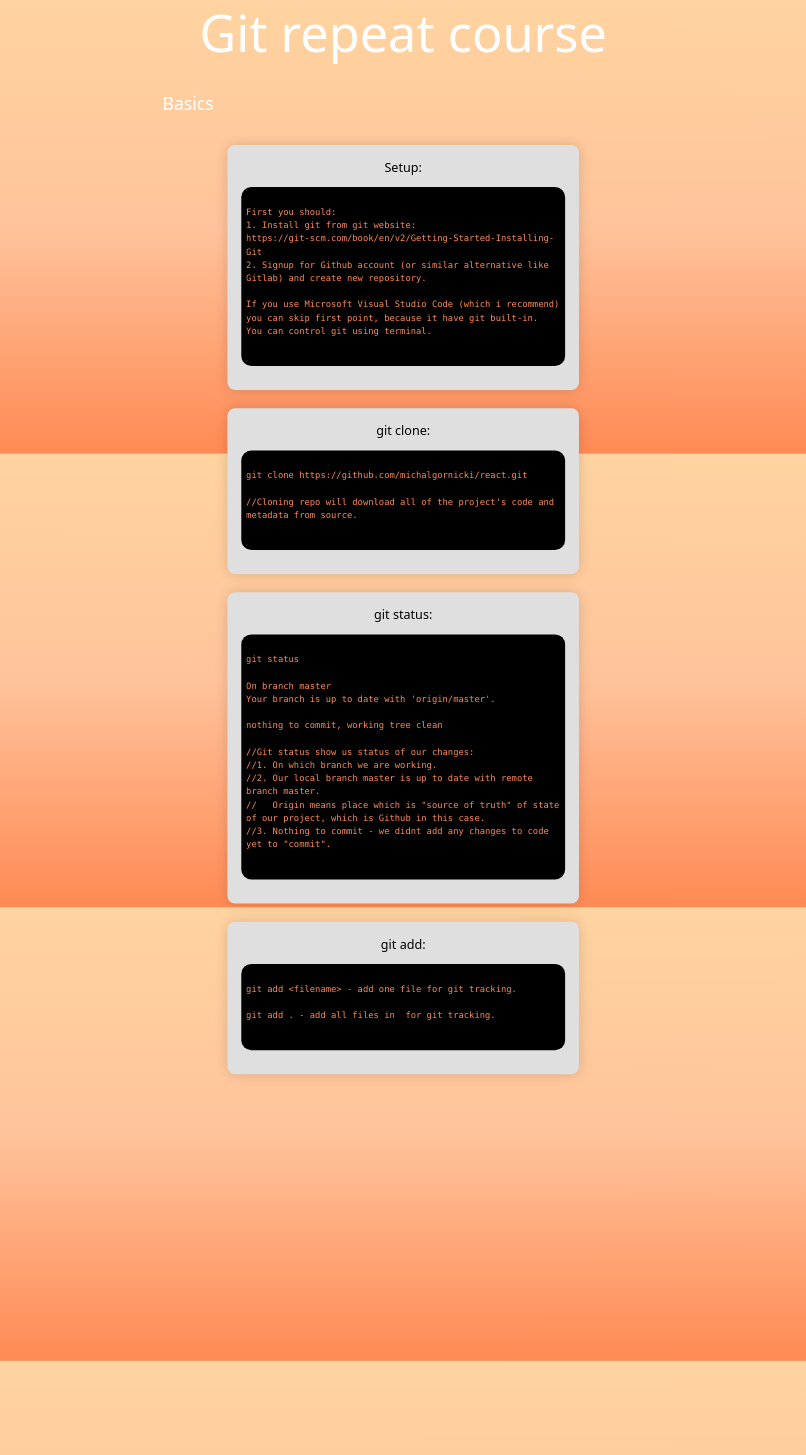
Repository: michalgornicki/git
Page: /
An editor plug-in stored every save of this project. The page is shown before and after a run of saves, followed by the edit.
The browser window is 1280 px wide. The pictures show the whole page, at 63% of full size.
Backgrounds fixed to the window are drawn as part of the page. The project was rebuilt for these pictures with package versions that can differ from the ones it lists, and the page was loaded fresh each time. Imported but missing from the stored project, and not drawn on this page: src/components/DOM manipulation.jsx, src/components/async.jsx, src/components/loops.jsx, src/components/numbers.jsx, src/components/variables.jsx, src/components/window.jsx.

Above is the page before, as saved 2022-02-10 08:14:19.

### src/App.jsx
import React from "react";
import "./App.css";
import "bootstrap/dist/css/bootstrap.min.css";
import { Route, HashRouter as Router, Routes, Link } from "react-router-dom";
import Arrays from "./components/arrays.jsx"
import Variables from "./components/variables.jsx"
import Numbers from "./components/numbers.jsx"
import Loops from "./components/loops.jsx"
import Async from "./components/async.jsx"
import DOM from "./components/DOM manipulation.jsx"
import Window from "./components/window.jsx"

function App() {


  return (


    <Router>
    <div className="text-center">
      <div className="display-1 mt-1 mb-5 text-white">Git repeat course</div>

      <div className="h3 d-flex w-75 m-auto my-5 justify-content-evenly flex-wrap text-white">

      <Link className="link-style mx-3" to="/">Basics</Link>
      <Link className="link-style mx-3" to="/Numbers"></Link>
      <Link className="link-style mx-3" to="/Variables"></Link>
      <Link className="link-style mx-3" to="/Loops"></Link>
      <Link className="link-style mx-3" to="/Async"></Link>
      <Link className="link-style mx-3" to="/DOM"></Link>
      <Link className="link-style mx-3" to="/Window"></Link>


      </div>

      <Routes>
          <Route path="/" element={<Arrays />} />
          <Route path="/Numbers" element={<Numbers />} />
          <Route path="/Variables" element={<Variables />} />
          <Route path="/Loops" element={<Loops />} />
          <Route path="/Async" element={<Async />} />
          <Route path="/DOM" element={<DOM />} />
          <Route path="/Window" element={<Window />} />
        </Routes>


    </div>
    </Router>
  );
}

export default App;

### src/App.css
@import url('https://fonts.googleapis.com/css2?family=Catamaran:wght@400&display=swap');

body{
    font-family: 'Catamaran', sans-serif;
    overflow-x: hidden;
    padding-bottom: 80vh;
    height: auto;
    background: linear-gradient(rgb(255, 212, 160), rgb(255, 195, 155), rgb(255, 138, 84));
    background-attachment: fixed;
}

.js-item{
    color:rgb(0, 0, 0);
    font-size: 1.25rem;
    background-color: rgb(223, 223, 223);
    transition: 0.2s;
    padding: 3vh;
    margin-bottom: 4vh!important;
    width: 50%;
    margin-left: auto;
    margin-right: auto;
    box-shadow: 0px 0px 20px rgba(0, 0, 0, 0.15);
    border-radius: 0.75rem;
}

.js-item:hover{
    cursor: pointer;
    background-color: rgb(240, 240, 240);
}

.text-pink{
    padding: 0.5rem;
    margin-top: 1rem;
    margin-bottom: 1rem;
    color:rgb(255, 138, 84)!important;
    font-size: 1rem;
    border-radius: 1rem;
    text-align: left;
    background-color: black;
}

pre {
    white-space: pre-wrap;       /* css-3 */
    white-space: -moz-pre-wrap;  /* Mozilla, since 1999 */
    white-space: -pre-wrap;      /* Opera 4-6 */
    white-space: -o-pre-wrap;    /* Opera 7 */
    word-wrap: break-word;       /* Internet Explorer 5.5+ */
   }

.link-style{
    color: inherit;
    text-decoration: inherit;
}

.link-style:hover{
    color: rgb(255, 138, 84);
}

@media only screen and (max-device-width: 600px), (max-width: 600px) {

    .js-item{
        width: 95%;
    }

}

### src/components/arrays.jsx
const Arrays = () => {

  return (
    <div className="container">
      <div className="js-item">
        {" "}
        <div className="">Setup: </div>
        <div className="text-pink">
          <pre>{`
First you should:
1. Install git from git website:
https://git-scm.com/book/en/v2/Getting-Started-Installing-Git
2. Signup for Github account (or similar alternative like Gitlab) and create new repository.

If you use Microsoft Visual Studio Code (which i recommend) you can skip first point, because it have git built-in.
You can control git using terminal.
          `}</pre>
          </div>
      </div>
      <div className="js-item">
        {" "}
        <div className="">git clone: </div>
        <div className="text-pink">
          <pre>{`
git clone https://github.com/michalgornicki/react.git

//Cloning repo will download all of the project's code and metadata from source.
          `}</pre>
          </div>
      </div>

      <div className="js-item">
        {" "}
        <div className="">git status: </div>
        <div className="text-pink">
          <pre>{`
git status

On branch master
Your branch is up to date with 'origin/master'.

nothing to commit, working tree clean

//Git status show us status of our changes:
//1. On which branch we are working.
//2. Our local branch master is up to date with remote branch master.
//   Origin means place which is "source of truth" of state of our project, which is Github in this case.
//3. Nothing to commit - we didnt add any changes to code yet to "commit".
          `}</pre>
          </div>
      </div>
      <div className="js-item">
        {" "}
        <div className="">git add: </div>
        <div className="text-pink">
          <pre>{`
git add <filename> - add one file for git tracking.

git add . - add all files in  for git tracking.
          `}</pre>
          </div>
      </div>

      </div>
  );
};

export default Arrays;

Loaded but not shown: public/index.html (common file); src/index.js (common file); src/index.css (common file); src/reportWebVitals.js (common file)

After the next 2 saves:
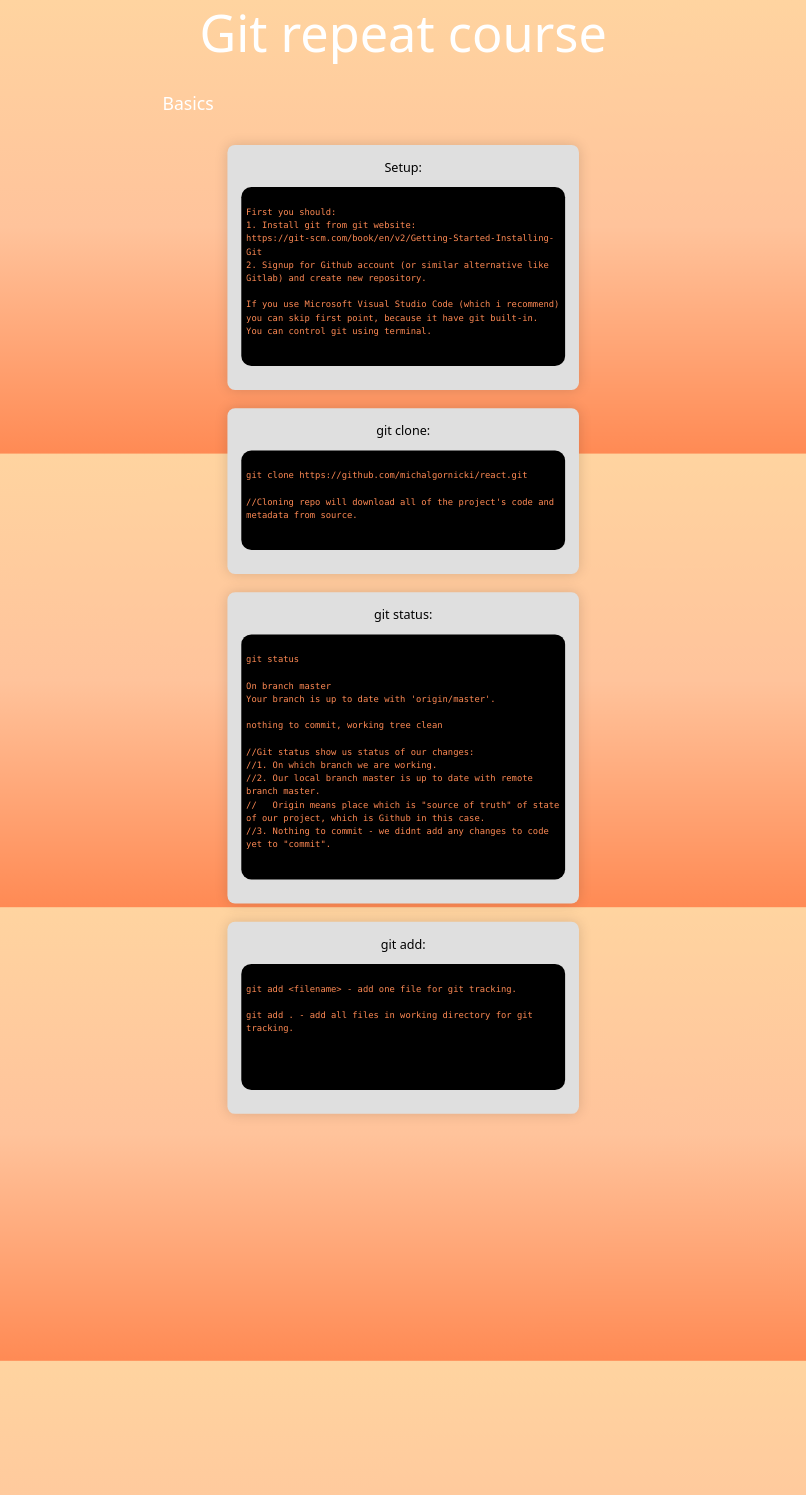
The 2 saves are shown as one change because they came seconds apart.
The last was saved 7 s later.
--- a/src/components/arrays.jsx
+++ b/src/components/arrays.jsx
@@ -56,7 +56,9 @@ nothing to commit, working tree clean
           <pre>{`
 git add <filename> - add one file for git tracking.
 
-git add . - add all files in  for git tracking.
+git add . - add all files in working directory for git tracking.
+
+
           `}</pre>
           </div>
       </div>
